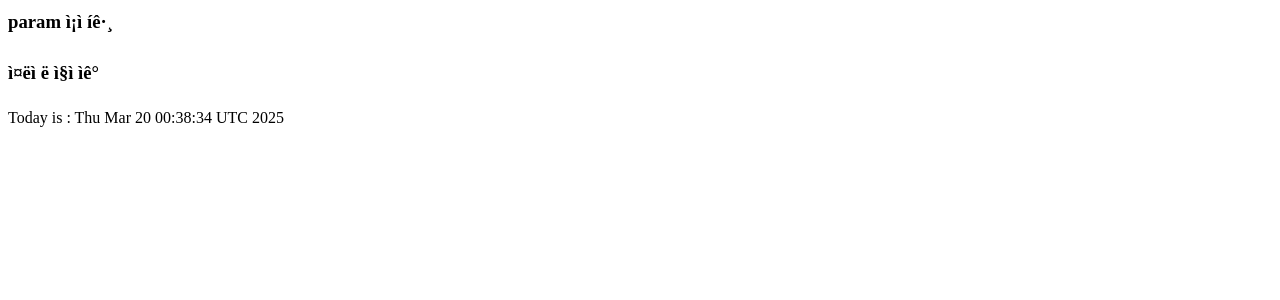
Repository: shail1027/WebServer-JSP
Page: http://localhost/JSPBook_LYB/ch04/param02.jsp
The author's editor kept a copy of each file at every save. The page is drawn from the files as they stood at one save, then again after the next save.
The browser window is 1280 px wide. The pictures show the whole page.
The page is served by Tomcat 9. Other server files are loaded and not shown.

Above is the page before, as saved 2025-03-27 01:34:40.

### JSPBook_LYB/src/main/webapp/ch04/param02.jsp
<%@ page contentType = "text/html; charset = utf-8" %>
<html>
<head>
<title>[예제 4-4] Action Tag</title>
</head>
<body>
	<h3>param 액션 태그</h3>
	<jsp:include page="param02_data.jsp">
		<jsp:param name="title" value='<%=java.net.URLEncoder.encode("오늘의 날짜와 시각", "UTF-8") %>' />

		<jsp:param name="data" value="<%= java.util.Calendar.getInstance().getTime() %>" />
	</jsp:include>

</body>
</html>

### JSPBook_LYB/src/main/webapp/ch04/param02_data.jsp
<%@ page contentType="text/html; charset=UTF-8" %>
<html>
<head>
    <title>[예제 4-4_1] Action Tag</title>
</head>
<body>
<%
    String title = request.getParameter("title");
%>
<h3><%= java.net.URLDecoder.decode(title, "UTF-8") %></h3>
Today is : <%= request.getParameter("data") %>
</body>
</html>

After the next save:
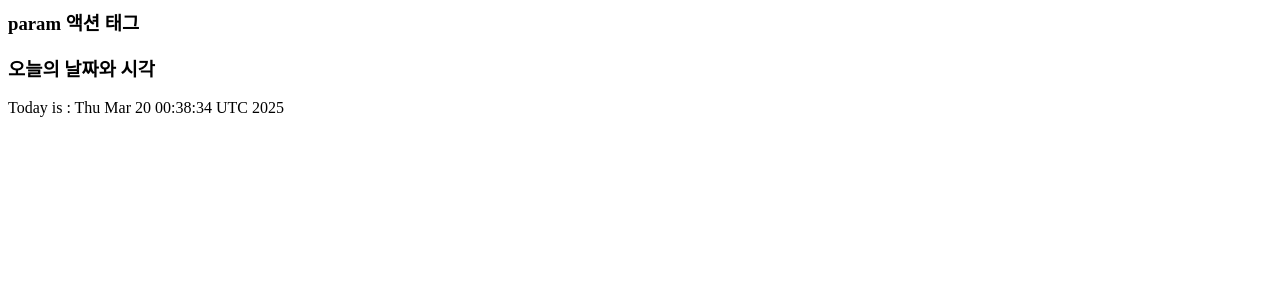
Saved 10 s later.
--- a/JSPBook_LYB/src/main/webapp/ch04/param02.jsp
+++ b/JSPBook_LYB/src/main/webapp/ch04/param02.jsp
@@ -1,4 +1,4 @@
-<%@ page contentType = "text/html; charset = utf-8" %>
+<%@ page contentType="text/html; charset=UTF-8"%>
 <html>
 <head>
 <title>[예제 4-4] Action Tag</title>
@@ -6,10 +6,10 @@
 <body>
 	<h3>param 액션 태그</h3>
 	<jsp:include page="param02_data.jsp">
-		<jsp:param name="title" value='<%=java.net.URLEncoder.encode("오늘의 날짜와 시각", "UTF-8") %>' />
-
-		<jsp:param name="data" value="<%= java.util.Calendar.getInstance().getTime() %>" />
+		<jsp:param name="title"
+			value='<%=java.net.URLEncoder.encode("오늘의 날짜와 시각", "UTF-8")%>' />
+		<jsp:param name="data"
+			value="<%=java.util.Calendar.getInstance().getTime()%>" />
 	</jsp:include>
-
 </body>
 </html>
